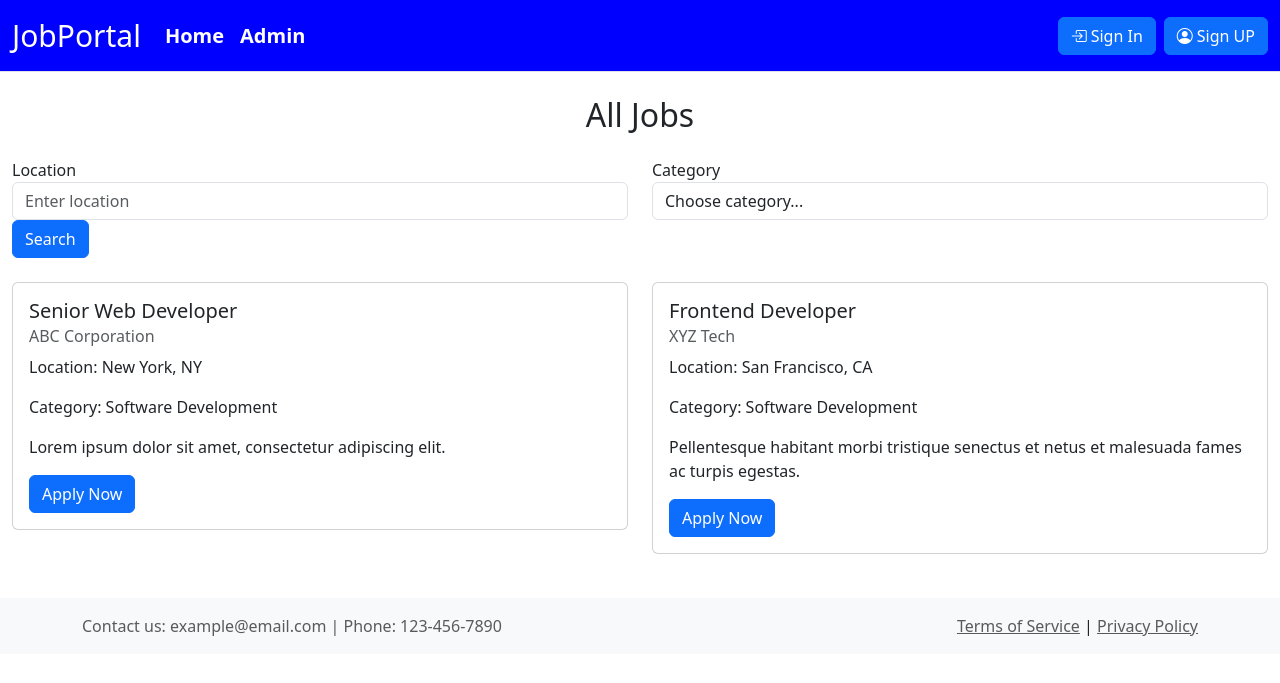
Repository: smruti12344/Job_Portal
Page: http://localhost/Job_portal/home.jsp
These files come from the project's save history. The page is drawn as it stood at one moment and after the next save; the edit follows.
The browser window is 1280 px wide. The pictures show the whole page.
Some web libraries are served in a nearby version. The page is served by Tomcat 9. Other server files are loaded and not shown.

Above is the page before, as saved 2024-04-17 06:12:00.

### Job_portal/src/main/webapp/home.jsp
<%@ page language="java" contentType="text/html; charset=UTF-8"
    pageEncoding="UTF-8"%>
<!DOCTYPE html>
<html lang="en">
<head>
    <meta charset="UTF-8">
    <meta name="viewport" content="width=device-width, initial-scale=1.0">
    <title>All Jobs</title>
    <!--all file links  -->
<%@include file="Components\alllinks.jsp" %>
    <!-- Custom CSS -->
    <style>
        /* Custom styles */
        .job-card {
            margin-bottom: 20px;
        }
    </style>
</head>
<body>
<%@include file="Components\navbar.jsp" %>
    <div class="container-fluid my-4">
        <h2 class="text-center mb-4">All Jobs</h2>

        <!-- Search form -->
        <form >
            <div class="row d-flex justify-content-center">
                <div class="form-group col-md-6">
                    <label for="inputLocation">Location</label>
                    <input type="text" class="form-control" id="inputLocation" placeholder="Enter location">
                </div>
                <div class="form-group col-md-6">
                    <label for="inputCategory">Category</label>
                    <select id="inputCategory" class="form-control">
                        <option selected>Choose category...</option>
                        <option>Software Development</option>
                        <option>Marketing</option>
                        <option>Finance</option>
                        <!-- Add more categories as needed -->
                    </select>
                </div>


            </div>
              <button type="submit" class="btn btn-primary ">Search</button>
        </form>

        <div class="row mt-4">
            <div class="col-md-6">
                <div class="card job-card">
                    <div class="card-body">
                        <h5 class="card-title">Senior Web Developer</h5>
                        <h6 class="card-subtitle mb-2 text-muted">ABC Corporation</h6>
                        <p class="card-text">Location: New York, NY</p>
                        <p class="card-text">Category: Software Development</p>
                        <p class="card-text">Lorem ipsum dolor sit amet, consectetur adipiscing elit.</p>
                        <a href="#" class="btn btn-primary">Apply Now</a>
                    </div>
                </div>
            </div>
            <!-- Add more job cards as needed -->
            <div class="col-md-6">
                <div class="card job-card">
                    <div class="card-body">
                        <h5 class="card-title">Frontend Developer</h5>
                        <h6 class="card-subtitle mb-2 text-muted">XYZ Tech</h6>
                        <p class="card-text">Location: San Francisco, CA</p>
                        <p class="card-text">Category: Software Development</p>
                        <p class="card-text">Pellentesque habitant morbi tristique senectus et netus et malesuada fames ac turpis egestas.</p>
                        <a href="#" class="btn btn-primary">Apply Now</a>
                    </div>
                </div>
            </div>
        </div>
    </div>

    <footer class="footer mt-auto py-3 bg-light ">
        <div class="container d-flex justify-content-between">
            <span class="text-muted">Contact us: example@email.com | Phone: 123-456-7890</span>
            <div class="float-right">
                <a href="#" class="text-muted">Terms of Service</a> |
                <a href="#" class="text-muted">Privacy Policy</a>
            </div>
        </div>
    </footer>

    <!-- Bootstrap JS and jQuery (optional, for Bootstrap components that require JavaScript) -->
    <script src="https://code.jquery.com/jquery-3.5.1.slim.min.js"></script>
    <script src="https://cdn.jsdelivr.net/npm/@popperjs/core@1.16.1/dist/umd/popper.min.js"></script>
    <script src="https://stackpath.bootstrapcdn.com/bootstrap/4.5.2/js/bootstrap.min.js"></script>
</body>
</html>

### Job_portal/src/main/webapp/Components/alllinks.jsp

<link
	href="https://cdn.jsdelivr.net/npm/bootstrap@5.3.3/dist/css/bootstrap.min.css"
	rel="stylesheet"
	integrity="sha384-QWTKZyjpPEjISv5WaRU9OFeRpok6YctnYmDr5pNlyT2bRjXh0JMhjY6hW+ALEwIH"
	crossorigin="anonymous">

<link rel="stylesheet"
	href="https://cdn.jsdelivr.net/npm/bootstrap-icons@1.11.3/font/bootstrap-icons.min.css">

<script
	src="https://cdn.jsdelivr.net/npm/bootstrap@5.3.3/dist/js/bootstrap.bundle.min.js"
	integrity="sha384-YvpcrYf0tY3lHB60NNkmXc5s9fDVZLESaAA55NDzOxhy9GkcIdslK1eN7N6jIeHz"
	crossorigin="anonymous"></script>

<link rel="stylesheet" href="Components/style.css"></link>

### Job_portal/src/main/webapp/Components/navbar.jsp
 <%@ taglib prefix="c" uri="http://java.sun.com/jsp/jstl/core" %>
 <%@ page isELIgnored="false" %>
<nav class="navbar bg-dark navbar-expand-lg border-bottom border-body bg-custom" >
  <div class="container-fluid">
    <a class="navbar-brand" href="#">JobPortal</a>
    <button class="navbar-toggler" type="button" data-bs-toggle="collapse" data-bs-target="#navbarSupportedContent" aria-controls="navbarSupportedContent" aria-expanded="false" aria-label="Toggle navigation">
      <span class="navbar-toggler-icon"></span>
    </button>
    <div class="collapse navbar-collapse" id="navbarSupportedContent">
      <ul class="navbar-nav me-auto mb-2 mb-lg-0">
        <li class="nav-item">
          <a class="nav-link active" aria-current="page" href="index.jsp">Home</a>
        </li>
        <li class="nav-item">
          <a class="nav-link active" aria-current="page" href="admin.jsp">Admin</a>
        </li>
        <c:if test="${user eq 'admin@gmail.com' }">
           <li class="nav-item">
          <a class="nav-link" href="add_job.jsp"><i class="bi bi-plus-circle-fill me-1"></i>Post jobs</a>
        </li>
        <li class="nav-item">
          <a class="nav-link" href="View.jsp"><i class="bi bi-eye-fill me-1"></i>View jobs</a>
        </li>
        </c:if>




      </ul>
      <form class="d-flex" role="search">
      <c:if test="${not empty user }">

      <a href="#" > <button class="btn btn-primary me-2 " type="button"><i class="bi bi-person-circle me-1"></i>Admin</button></a>
       <a href="signup.jsp"> <button type="button" class="btn btn-primary"><i class="bi bi-box-arrow-in-right me-1"></i>Sign out</button></a>
        </c:if>

      <c:if test="${ empty user }">

      <a href="signin.jsp" > <button class="btn btn-primary me-2 " type="button"><i class="bi bi-box-arrow-in-right me-1"></i>Sign In</button></a>
       <a href="signup.jsp"> <button type="button" class="btn btn-primary"><i class="bi bi-person-circle me-1"></i>Sign UP</button></a>
        </c:if>

      </form>
    </div>
  </div>
</nav>

### Job_portal/src/main/webapp/Components/style.css
.bg-custom{
	background-color: blue !important ;
}
.navbar-brand{
	color: white;
	font-size: 30px;
	user-select: none;
}
.navbar-brand:hover{
	color: white;
	text-shadow: 2px 2px 2px black;
	cursor:auto;
}
.navbar .nav-item .nav-link{
	font-size: 20px;
	color: white;
	font-weight: bold;
}
.navbar .nav-item:hover .nav-link{
	background: white;
	color: black;
	border-radius: 10px;
	cursor: pointer;
}

After the next save:
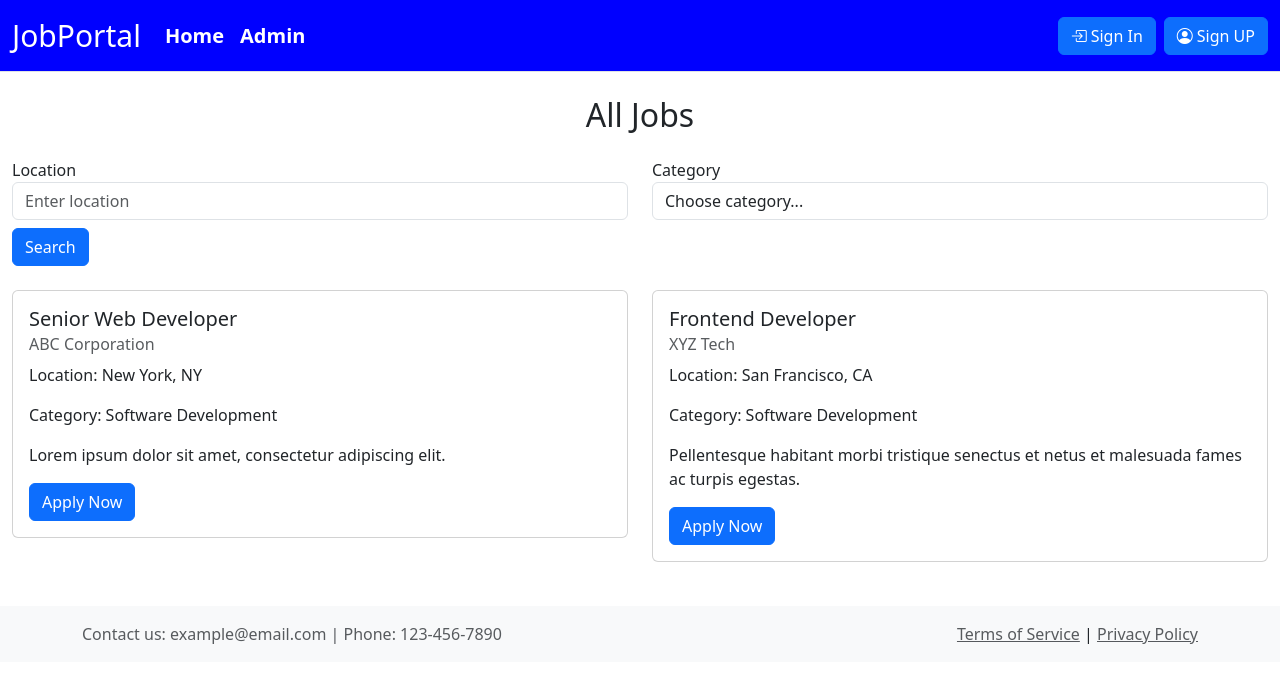
Saved 21 s later.
--- a/Job_portal/src/main/webapp/home.jsp
+++ b/Job_portal/src/main/webapp/home.jsp
@@ -41,7 +41,7 @@
 
 
             </div>
-              <button type="submit" class="btn btn-primary ">Search</button>
+              <button type="submit" class="btn btn-primary mt-2">Search</button>
         </form>
 
         <div class="row mt-4">
